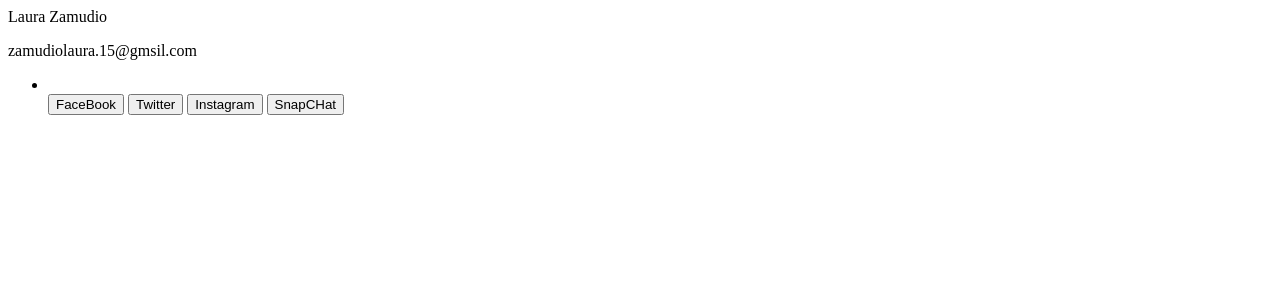
Repository: ZamlZam/LINK.
Page: index.html
The author's editor kept a copy of each file at every save. The page is drawn from the files as they stood at one save, then again after a run of saves.
The browser window is 1280 px wide. The pictures show the whole page.

Above is the page before, as saved 2023-04-16 15:33:24.

After the next 3 saves:
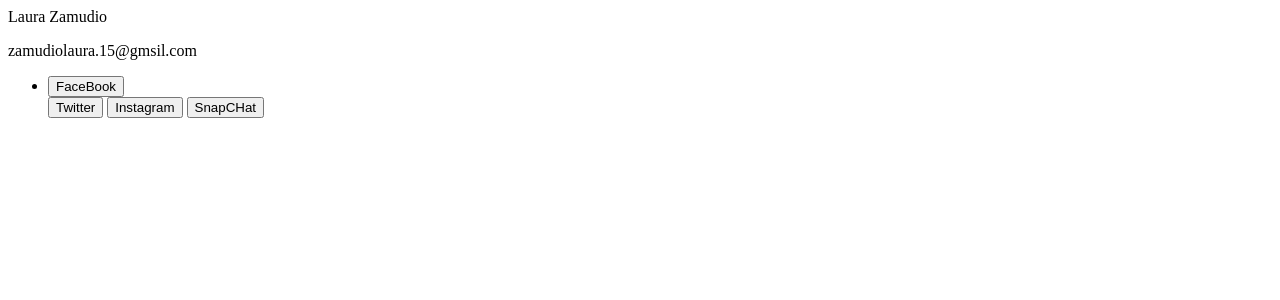
The 3 saves are shown as one change because they came seconds apart.
The last was saved 13 s later.
--- a/index.html
+++ b/index.html
@@ -11,8 +11,8 @@
   <p>zamudiolaura.15@gmsil.com</p>
   <ul class="links">
  <div class="d-grid gap-2 col-6 mx-auto">
-  <li></li><button class="btn btn-primary" type="button">FaceBook</button>
-  <button class="btn btn-primary" type="button">Twitter</button>
+  <li><button class="btn btn-primary" type="button">FaceBook</button></li>
+  <button class="btn btn-primary" type="button">Twitter</button></li>
   <button class="btn btn-primary" type="button">Instagram</button>
   <button class="btn btn-primary" type="button">SnapCHat</button>
 </div>
